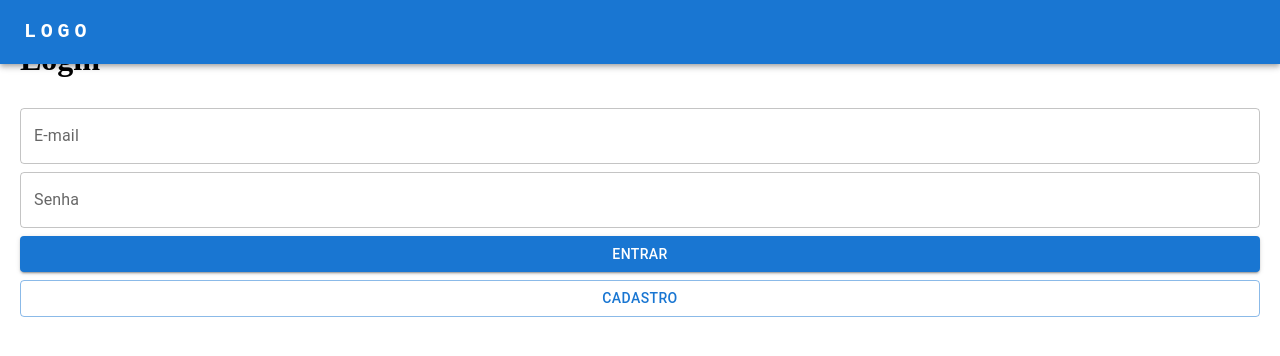
Repository: GabrielLeao02/sistema-react
Page: /
An editor plug-in stored every save of this project. The page is shown before and after the next save, followed by the edit.
The browser window is 1280 px wide. The pictures show the whole page.
The project was rebuilt for these pictures with package versions that can differ from the ones it lists, and the page was loaded fresh each time. Also part of the build but not shown: src/presenter/home/home.tsx, src/presenter/form/formUser.tsx.

Above is the page before, as saved 2023-07-25 13:20:25.

After the next save:
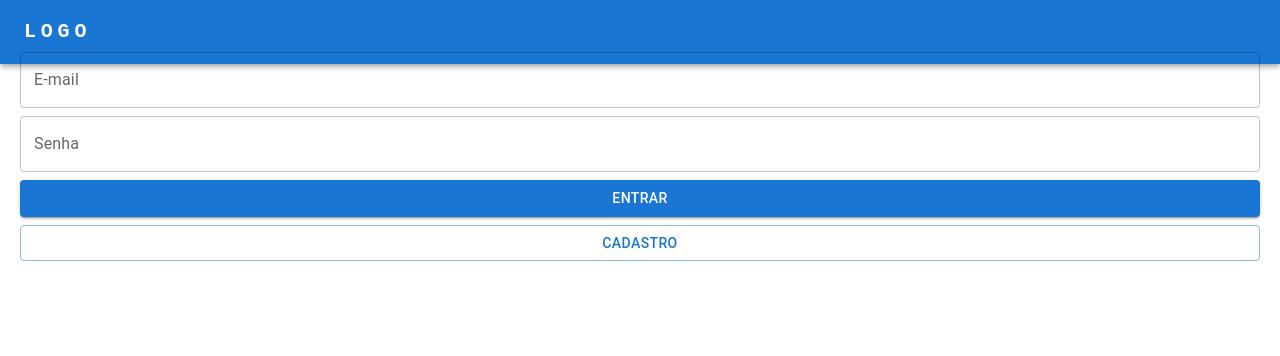
Saved 31 min 26 s later.
--- a/src/presenter/form/formLogin.tsx
+++ b/src/presenter/form/formLogin.tsx
@@ -1,10 +1,10 @@
 import React, { useState } from "react";
-import Button from "@mui/material/Button";
-import TextField from "@mui/material/TextField";
+
+
 import styled from "styled-components";
-import { SelectChangeEvent } from '@mui/material/Select';
+import { SelectChangeEvent, Button, TextField, Typography } from '@mui/material';
 import sha256 from 'sha256';
-import CircularProgress from '@mui/material/CircularProgress';
+
 
 const FormStyled = styled.div`
   box-sizing: border-box;
@@ -94,8 +94,8 @@ function FormLogin({ setMostrarBotao }: FormLoginProps) {
         <>
             <FormStyled>
                 <div style={{ display: "flex", justifyContent: "start", alignItems: "center" }}>
-                    <h1>Login</h1>
-                    {errorLogin ?  <h1>teste</h1> : <></>}
+                    <Typography>Login</Typography>
+                    {errorLogin ? <h1>teste</h1> : <></>}
                 </div>
 
                 <TextField
